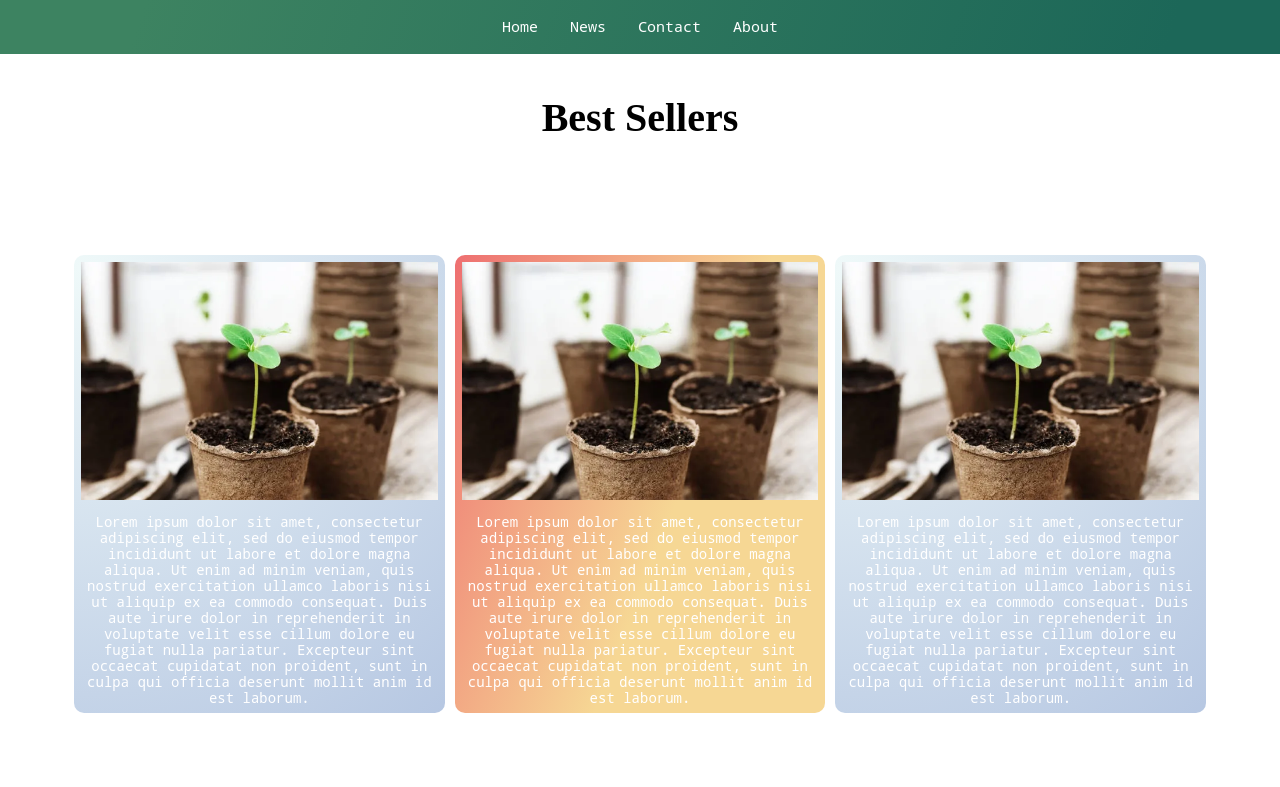
Repository: Flexo874/ISITECH-HTML-CSS
Page: index.html
An editor plug-in stored every save of this project. The page is shown before and after the next save, followed by the edit.
The browser window is 1280 px wide. The pictures show the whole page.

Above is the page before, as saved 2024-01-02 14:43:55.

After the next save:
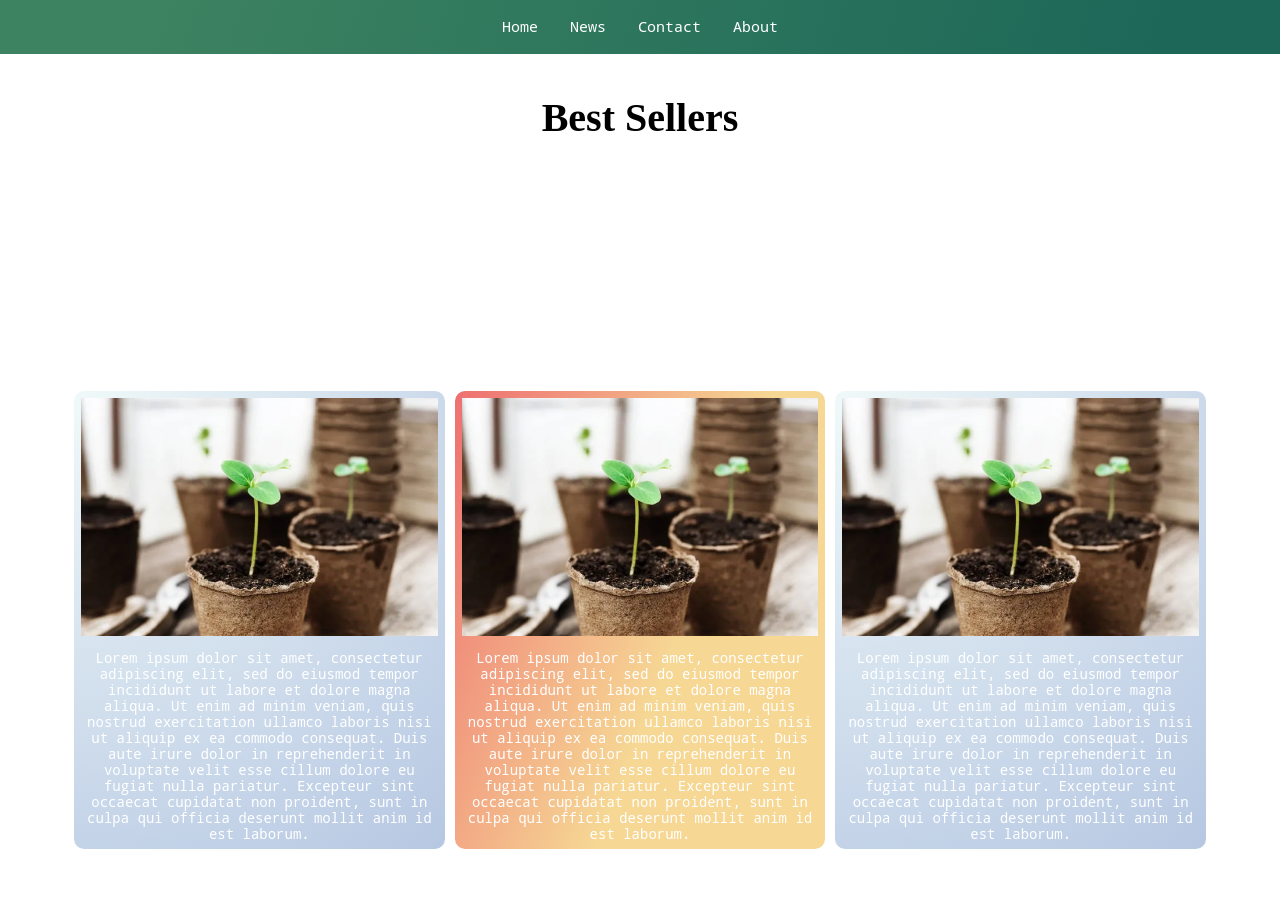
Saved 8 s later.
--- a/style.css
+++ b/style.css
@@ -41,7 +41,7 @@
 
 h1 {
     padding: 40px;
-    margin-bottom: 20px;
+    margin-bottom: 200px;
     text-align: center;
     font-weight: bold;
     font-size: 40px;

After the save that followed:
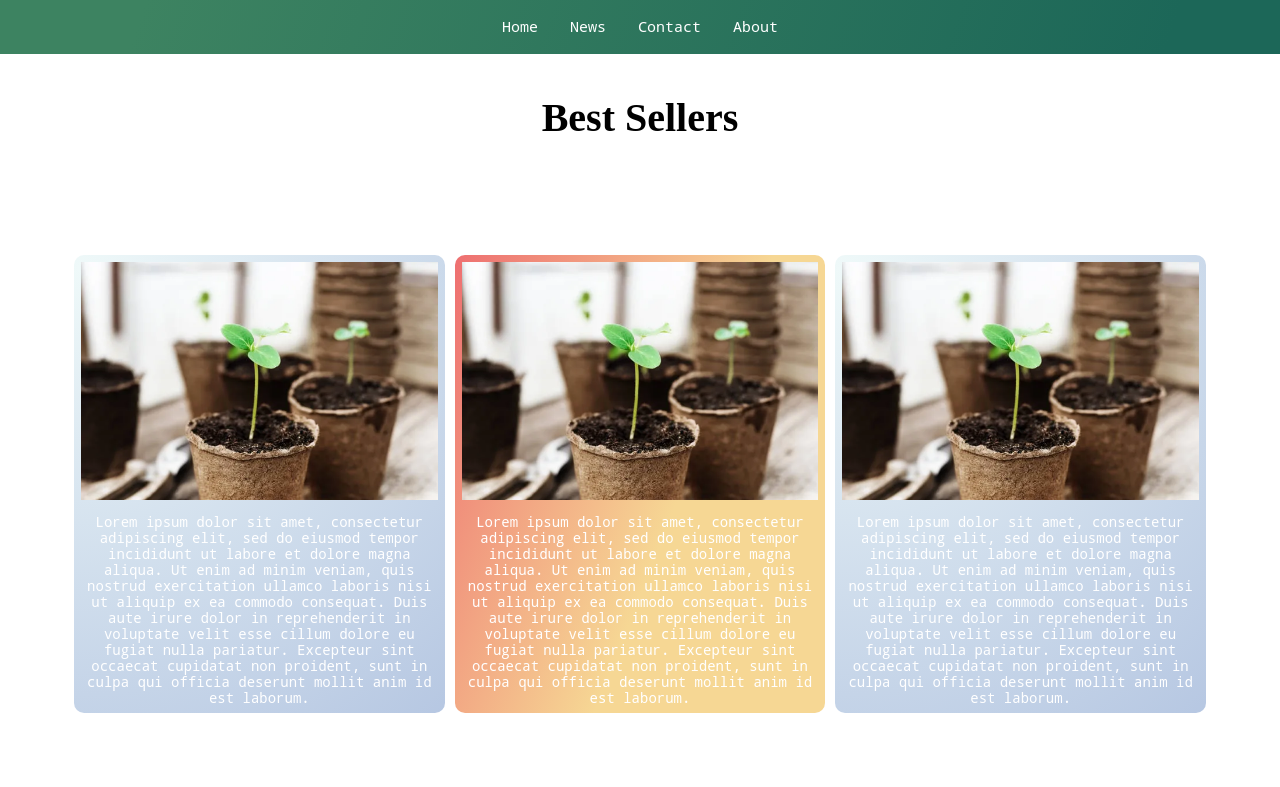
Saved 4 s later.
--- a/style.css
+++ b/style.css
@@ -41,7 +41,7 @@
 
 h1 {
     padding: 40px;
-    margin-bottom: 200px;
+    margin-bottom: 10px;
     text-align: center;
     font-weight: bold;
     font-size: 40px;
